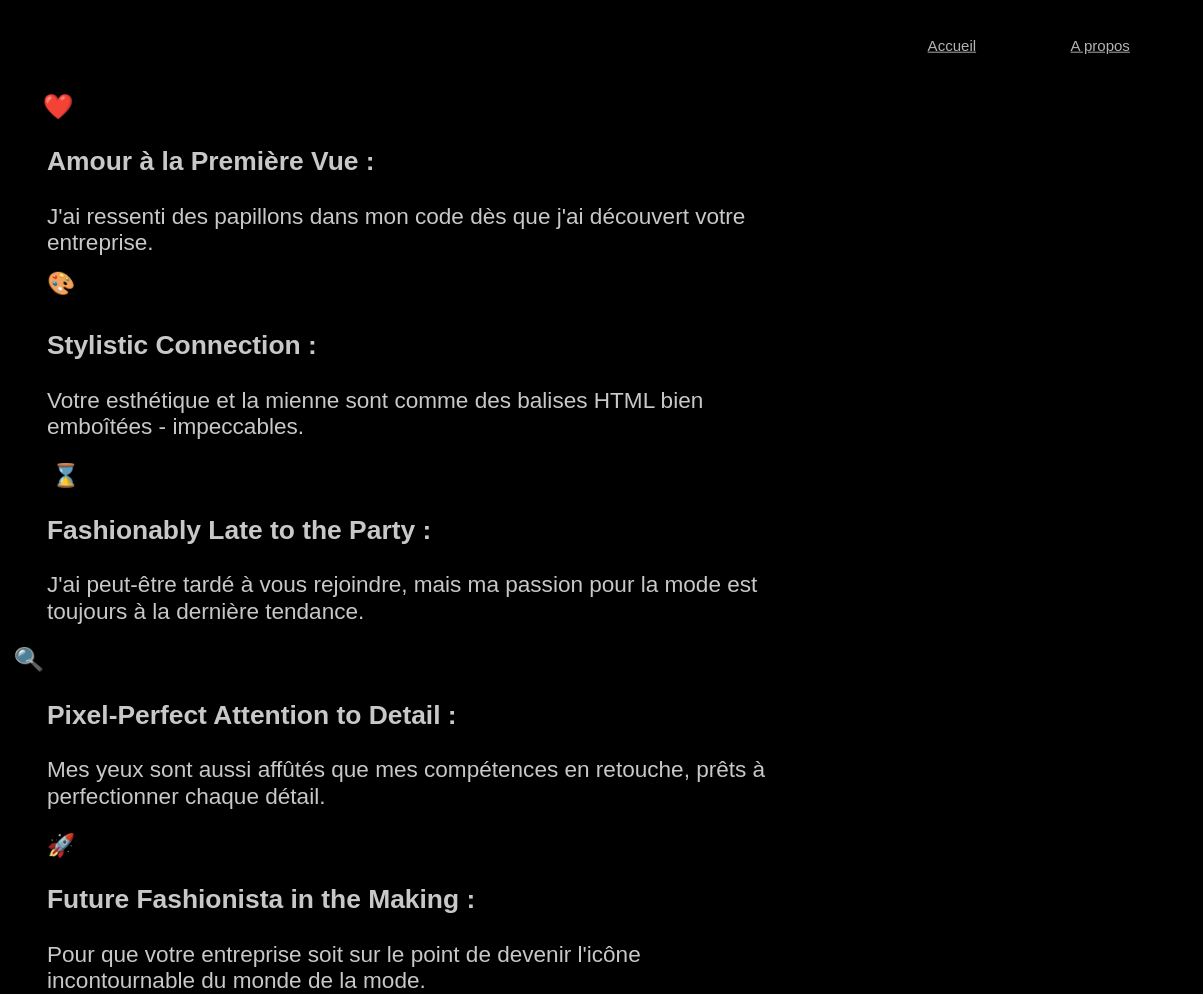
Repository: inessben/application
Page: company/company.html
The author's editor kept a copy of each file at every save. The page is drawn from the files as they stood at one save, then again after the next save.
The browser window is 1280 px wide. The pictures show the whole page, at 94% of full size.

Above is the page before, as saved 2023-12-04 03:06:25.

### company/company.html
<!DOCTYPE html>
<html lang="en">
<head>
    <meta charset="UTF-8">
    <meta name="viewport" content="width=device-width, initial-scale=1.0">
    <!-- generate the icon -->
    <link rel="apple-touch-icon" sizes="180x180" href="/favicon/apple-touch-icon.png">
    <link rel="icon" type="image/png" sizes="32x32" href="/favicon/favicon-32x32.png">
    <link rel="icon" type="image/png" sizes="16x16" href="/favicon/favicon-16x16.png">
    <link rel="manifest" href="/favicon/site.webmanifest">
    <link rel="mask-icon" href="/favicon/safari-pinned-tab.svg" color="#5bbad5">
    <meta name="msapplication-TileColor" content="#da532c">
    <!--  -->
    <meta name="theme-color" content="#ffffff">
    <title>#slowlyApplication</title>
    <link rel="stylesheet" href="company.css">
    <style>
        body {
            font-family: 'Arial', sans-serif;
        }

        #sentences {
            opacity: 0;
            transition: opacity 0.5s ease-in-out;
        }

        .visible {
            opacity: 1;
        }
    </style>
</head>
<body>
    <section id="nav-header">
        <header class="links">
            <a href="/index.html" class="link">Accueil</a>
            <a href="/about/about.html" class="link">A propos</a>
        </header>
    </section>

    <section id="creative-section">
        <section class="sentences" id="heart-sentence">
            <div id="heart-animation">❤️</div>
            <h3>Amour à la Première Vue :</h3>
            <p>J'ai ressenti des papillons dans mon code dès que j'ai découvert votre entreprise.</p>
        </section>

        <section class="sentences" id="stylistic-connection-sentence">
            <div id="stylistic-connection-animation">🎨</div>
            <h3>Stylistic Connection :</h3>
            <p>Votre esthétique et la mienne sont comme des balises HTML bien emboîtées - impeccables.</p>
        </section>

        <section class="sentences" id="fashionably-late-sentence">
            <div id="fashionably-late-animation">⌛</div>
            <h3>Fashionably Late to the Party :</h3>
            <p>J'ai peut-être tardé à vous rejoindre, mais ma passion pour la mode est toujours à la dernière tendance.</p>
        </section>

        <section class="sentences" id="pixel-perfect-sentence">
            <div id="pixel-perfect-animation">🔍</div>
            <h3>Pixel-Perfect Attention to Detail :</h3>
            <p>Mes yeux sont aussi affûtés que mes compétences en retouche, prêts à perfectionner chaque détail.</p>
        </section>

        <section class="sentences" id="future-fashionista-sentence">
            <div id="future-fashionista-animation">🚀</div>
            <h3>Future Fashionista in the Making :</h3>
            <p>Pour que votre entreprise soit sur le point de devenir l'icône incontournable du monde de la mode.</p>
        </section>
    </section>

    <footer>
        <p>© Iness Ben Aïssa - All rights reversed. Because who needs more rights anyway?</p>
    </footer>

    <script>
        document.addEventListener("DOMContentLoaded", function() {
            var sentences = document.querySelectorAll('.sentences');
            var currentSentenceIndex = 0;

            function displayNextSentence() {
                if (currentSentenceIndex < sentences.length) {
                    sentences[currentSentenceIndex].classList.add('visible');
                    currentSentenceIndex++;
                }
            }

            document.body.addEventListener('keydown', function(event) {
                if (event.code === 'Space') {
                    displayNextSentence();
                }
            });

            // Trigger the first sentence on page load
            displayNextSentence();
        });
    </script>
</body>
</html>

### company/company.css
@font-face {
    font-family: "Jolley";
    src: url("/fonts/jolley.woff");
    }

@font-face {
    font-family: "Base Neue";
    src: url("/fonts/base-neue.ttf");
    }

::-webkit-scrollbar {
    width: 8px;
    }

::-webkit-scrollbar-track {
    background-color: #000;
    }

::-webkit-scrollbar-thumb {
    background-color: #4b4b4b;
    border-radius: 4px;
    }

::-webkit-scrollbar-thumb:hover {
    opacity: 0.7;
    }

html {
    scroll-behavior: smooth;
    }

body {
font-family: "Base Neue";
    margin: 0;
    margin-left: 50px;
    padding: 0;
    display: flex;
    align-items: center;
    justify-content: center;
    height: 100vh;
    background-color: #000000;
    color: #c8c8c8;
    font-size: 24px;
    }

#nav-header {
        position: absolute;
        top: 30px;
        right: 20px;
        font-size: 16px;
        font-weight: 500;
        padding: 10px;
    }

.link {
    padding: 8px;
    text-decoration: #b3b3b3 underline;
    color: #b3b3b3;
    margin: auto 40px;
    }

.link:hover {
        opacity: 0.7;
    }

#creative-section{
    position: relative;
    height: 100vh;
    top: 100px;
}

#heart-animation {
    width: 100px;
    animation: heartbeat 1.5s infinite;
    }

#stylistic-connection-animation {
    animation: styleConnection 2s infinite alternate;
    }

#fashionably-late-animation {
    animation: fashionablyLate 1s infinite alternate;
    }

#pixel-perfect-animation {
    animation: pixelPerfect 1.5s infinite alternate;
    }

#future-fashionista-animation {
    animation: futureFashionista 2s infinite alternate;
    }

@keyframes heartbeat {
    0%, 100% {
    transform: scale(1);
    }
    50% {
    transform: scale(1.1);
    }
}

@keyframes styleConnection {
    0% {
    transform: translateY(0);
    }
    100% {
    transform: translateY(-10px);
    }
}

@keyframes fashionablyLate {
    0% {
    transform: translateX(0);
    }
    100% {
    transform: translateX(5px);
    }
}

@keyframes pixelPerfect {
    0% {
    transform: scaleX(1);
    }
    100% {
    transform: scaleX(1.1);
    }
}

@keyframes futureFashionista {
    0% {
    opacity: 0.8;
    }
    100% {
    opacity: 1;
    }
}

footer{
    position: relative;
    top: -900px;
    align-items: center;
    justify-content: center;
    display: flex;
    font-size: 18px;
    /* align-items: center; */
    /* justify-content: center; */
    }

footer{
    /* position: relative; */
    /* bottom: 550px; */
    /* display: flex; */
    /* font-size: 20px; */
    /* width: 80vw; */
    /* align-items: center; */
    /* justify-content: center; */
    }

After the next save:
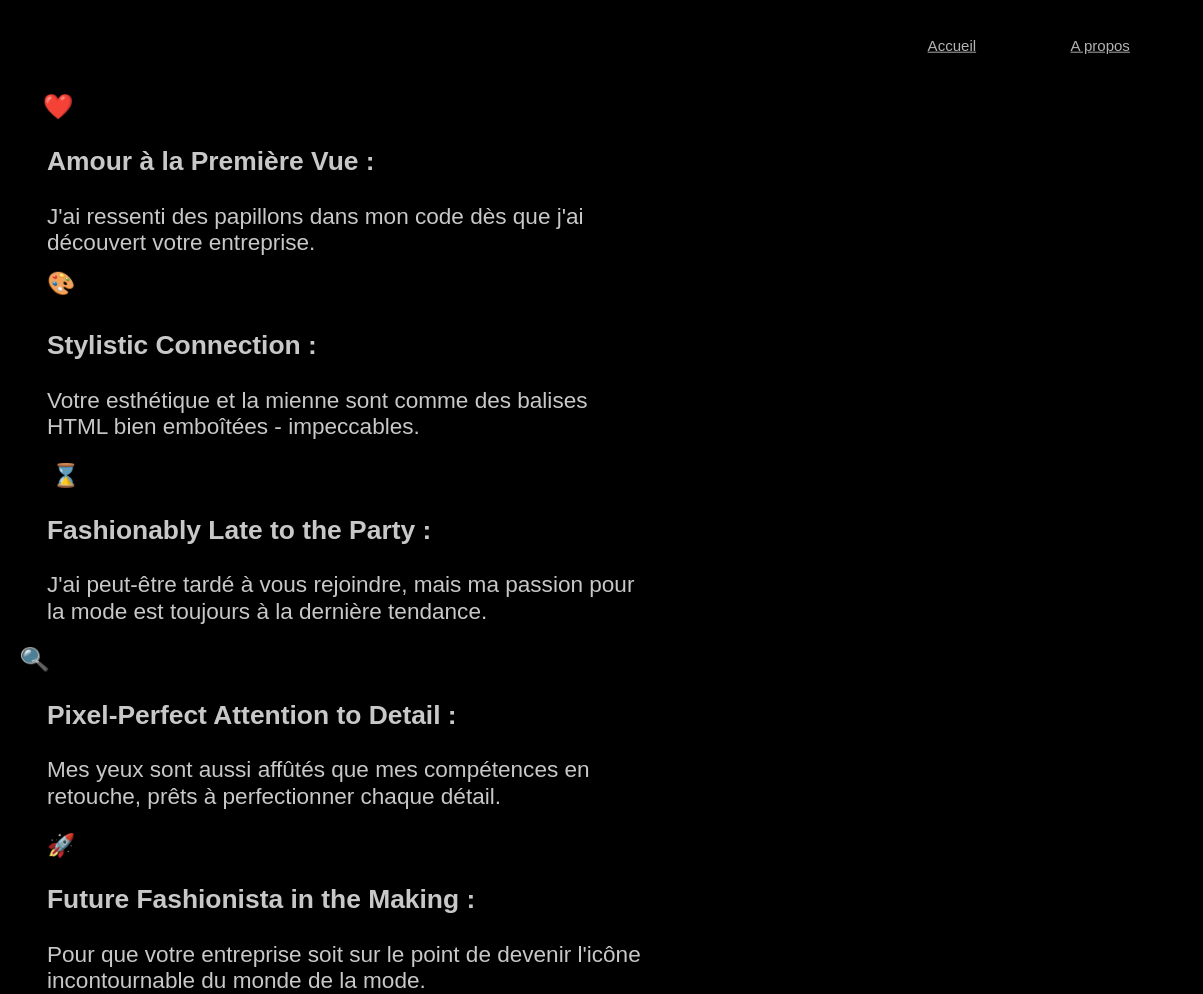
Saved 38 s later.
--- a/company/company.css
+++ b/company/company.css
@@ -135,23 +135,23 @@ font-family: "Base Neue";
     }
 }
 
+/* footer{ */
+    /* position: relative; */
+    /* top: -900px; */
+    /* align-items: center; */
+    /* justify-content: center; */
+    /* display: flex; */
+    /* font-size: 18px; */
+    /* align-items: center; */
+    /* justify-content: center; */
+    /* } */
+
 footer{
     position: relative;
-    top: -900px;
+    bottom: 550px;
+    display: flex;
+    font-size: 20px;
+    width: 80vw;
     align-items: center;
     justify-content: center;
-    display: flex;
-    font-size: 18px;
-    /* align-items: center; */
-    /* justify-content: center; */
     }
-
-footer{
-    /* position: relative; */
-    /* bottom: 550px; */
-    /* display: flex; */
-    /* font-size: 20px; */
-    /* width: 80vw; */
-    /* align-items: center; */
-    /* justify-content: center; */
-    }
